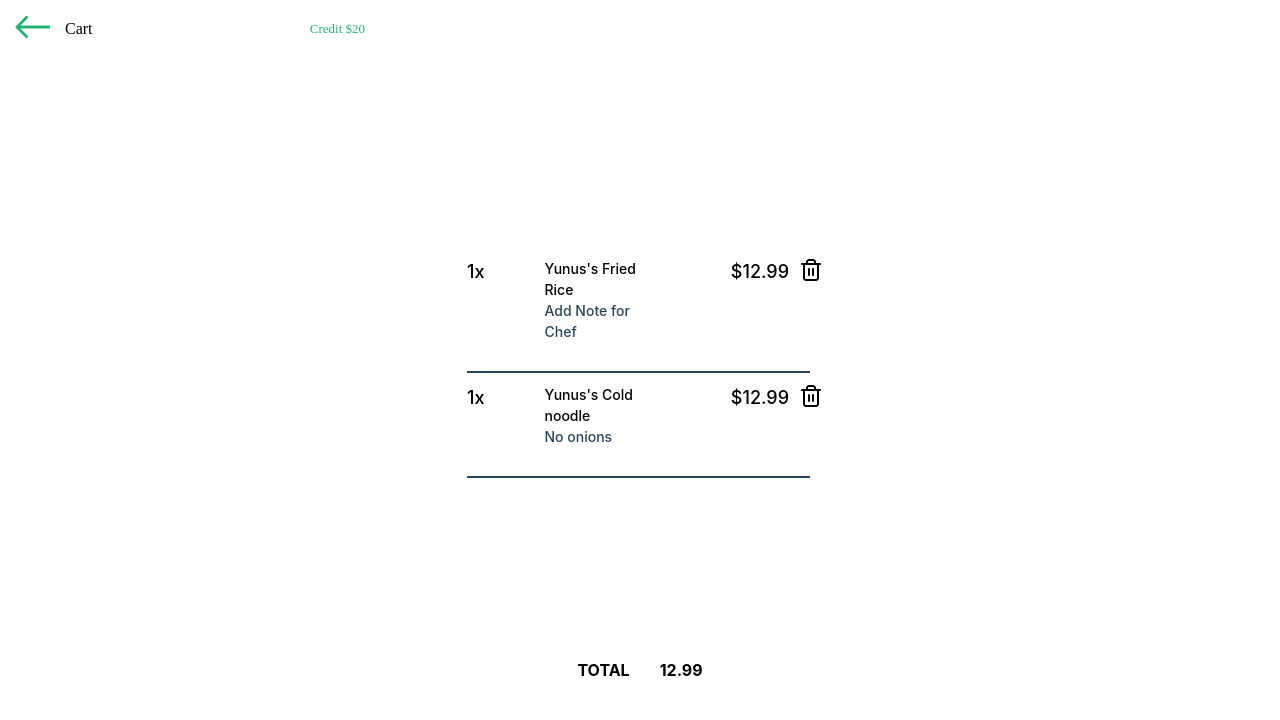
Repository: nguyenlejoe/HomeChef
Page: /DashBoardChef (app in app/)
These files come from the project's save history. The page is drawn as it stood at one moment and after the next save; the edit follows.
The browser window is 1280 px wide. The pictures show the whole page.
An inner scrolling area shows only its first screen. The project was rebuilt for these pictures with package versions that can differ from the ones it lists, and the page was loaded fresh each time.

Above is the page before, as saved 2020-11-06 16:01:18.

### app/src/App.js
import React from 'react';
//import logo from './logo.svg';
//import './App.css';
import Pages from './pages/Checkout';

function App() {
  return (
    <Pages />
  );
}

export default App;

### app/src/pages/Checkout.js
import React from 'react';
import './Checkout.scss';
import CheckoutItem from '../comps/CheckoutItem';
import Button from '../comps/MainButton';
import TopBar from '../comps/TopBar';

export default function CheckoutPage() {
  return<div className="app">
       <div className="cart">
           <TopBar text="Cart"></TopBar>
       </div>
       <div className="checkout">
           <div className="checkoutone">
           <CheckoutItem></CheckoutItem>
           </div>
           <CheckoutItem Itemnm="Yunus's Cold noodle" Note="No onions"></CheckoutItem>
       </div>
        <div className="total">
            <div className="TotalText">TOTAL</div>
            <div className="PriceText">12.99</div>
        </div>
        <div className="button">
            <Button text="Checkout"></Button>
        </div>
    </div>
}

### app/src/pages/Checkout.scss
.app{
    width: 100vw;
    height:100vh;
    overflow-x: hidden;

}

.cart{
    margin-bottom: 200px;
}

.checkout{
    margin-bottom: 200px;
    display: flex;
    flex-direction: column;
    justify-content: center;
    align-items: center;
}

.checkoutone{
    margin-bottom: 50px;
}

.total{
    display: flex;
    justify-content: center;
    margin-bottom: 70px;
    font-weight: bold;
}

.TotalText{

}

.PriceText{
  margin-left:30px;
}

.button{
    display: flex;
    justify-content: center;
    padding-bottom: 50px;
}

### app/src/comps/CheckoutItem/index.js
import React from 'react';
import styled, {css} from 'styled-components';

const Checkoutitemcont = styled.div`

max-width:346px;
max-height:76px;


`
const Carttxt = styled.div`
display:flex;
flex-direction:row;
`
const Quantity = styled.div`
Margin-right: 60px;font-size: 18px;
font-style: normal;
font-weight: 500;
line-height: 27px;
letter-spacing: 0em;
text-align: left;

`

const ItemName = styled.div`
Margin-right: 90px;
font-size: 14px;
font-style: normal;
font-weight: 500;
line-height: 21px;
letter-spacing: 0em;
text-align: left;

`

const ChefNote = styled.div`
color: #2B445E;
cursor:pointer;

`

const Price = styled.div`
font-size: 18px;
font-style: normal;
font-weight: 500;
line-height: 27px;
letter-spacing: 0em;
text-align: left;

`

const Delete = styled.div`

`

const Bottomhr = styled.div`
height: 0px;
width: 341px;
border-radius: nullpx;
border: 1px solid #2B445E;
margin-top:29px;

`

const Iconcont = styled.div `
position:relative;
left:10px;
`









const CheckoutItem = ({Quant, Itemnm, Note, Pricetag,}) => {

    return <Checkoutitemcont>
            <Carttxt>
            <Quantity>{Quant}</Quantity>
            <ItemName>{Itemnm}<ChefNote>   {Note}</ChefNote></ItemName>
            <Price>{Pricetag}</Price>
            <Delete></Delete>
            <Iconcont>
            <img src="/trash-2.svg"/>
            </Iconcont>
            </Carttxt>
            <Bottomhr>

            </Bottomhr>
    </Checkoutitemcont>

}

CheckoutItem.defaultProps = {

    Quant:"1x",
    Itemnm:"Yunus's Fried Rice",
    Note:"Add Note for Chef",
    Pricetag:"$12.99",

}

export default CheckoutItem;

### app/src/comps/MainButton/index.js
import React from 'react';
import styled, {css} from 'styled-components';
import icon2 from '../../assets/DollarSign.png';

const ButtonContainer = styled.button`
    width: ${props =>props.width ? props.width : '239px'};
    height: ${props =>props.height ? props.height : '60px'};
    background-color: ${props =>props.bgcolor ? props.bgcolor : '#24B574'};
    border-radius: ${props =>props.radius ? props.radius : '5px'};
    display: flex;
    justify-content: center;
    align-items: center;
    filter: drop-shadow(0px 4px 4px rgba(0, 0, 0, 0.25));
    border:none;
`;

const ButtonText = styled.p`
    text-align: center;
    font-size: ${props =>props.fontSize ? props.fontSize : '15px'};;
    color:${props =>props.textColor ? props.textColor : '#FFFFFF'};
`;

const Icon = styled.div`
    ${() => css`
        background-image: url(${props =>props.icon1 ? props.icon1 : icon2});
        background-color:white;
        padding:10px;
        background-repeat: no-repeat;
        background-position: center;
        position:absolute;
        left: 0px;
        `}
    `;

const Button = ({text,textColor,bgcolor, width, height, radius, fontSize}) => {
    return <ButtonContainer bgcolor = {bgcolor} height={height} width={width} radius={radius}>
                <ButtonText fontSize={fontSize} textColor = {textColor}>{text}</ButtonText>
            </ButtonContainer>
}

ButtonText.defaultprops = {
    color:null,
}

export default Button;

### app/src/comps/TopBar/index.js
import React from 'react';
import styled from 'styled-components';


const TopBarContainer = styled.div`
   font-family: Poppins;
   display:flex;
   position:relative;
   align-items:center;
   width:350px;
   padding:15px;
`;

const LeftArrowImg = styled.div`
    margin-right:15px;
`;

const TopLeftText = styled.div`
    display:flex;

`;

const CreditText = styled.div`
   color:#24B574;
   font-size:13px;
   position:absolute;
   right:15px;
`;


const TopBar = ({text}) => {

    return <TopBarContainer>
            <LeftArrowImg><img src='/leftarrow.png' /></LeftArrowImg>
            <TopLeftText>{text}</TopLeftText>
            <CreditText>Credit $20</CreditText>
        </TopBarContainer>
}

TopBar.defaultProps = {

}

export default TopBar;

Loaded but not shown: app/public/index.html (common file); app/src/index.js (common file); app/src/index.css (common file); app/src/serviceWorker.js (common file)

After the next save:
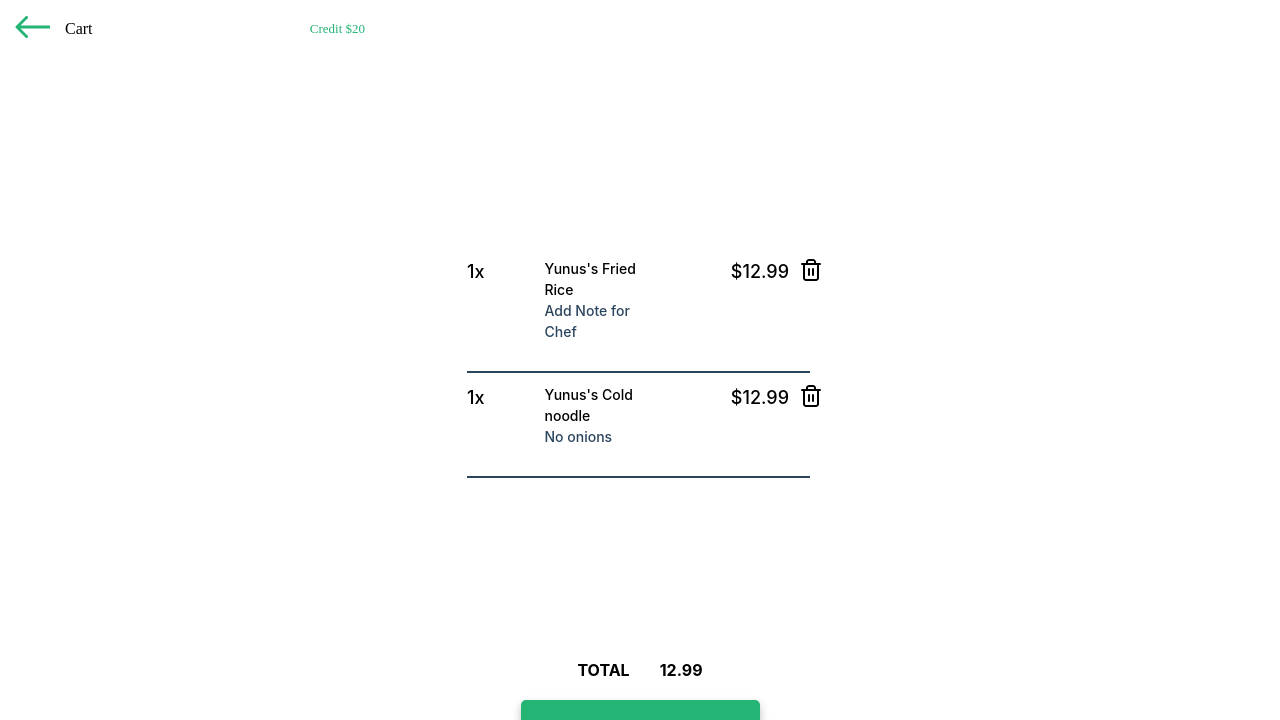
Saved 24 s later.
--- a/app/src/pages/Checkout.scss
+++ b/app/src/pages/Checkout.scss
@@ -24,7 +24,7 @@
 .total{
     display: flex;
     justify-content: center;
-    margin-bottom: 70px;
+    margin-bottom: 20px;
     font-weight: bold;
 }
 

After the save that followed:
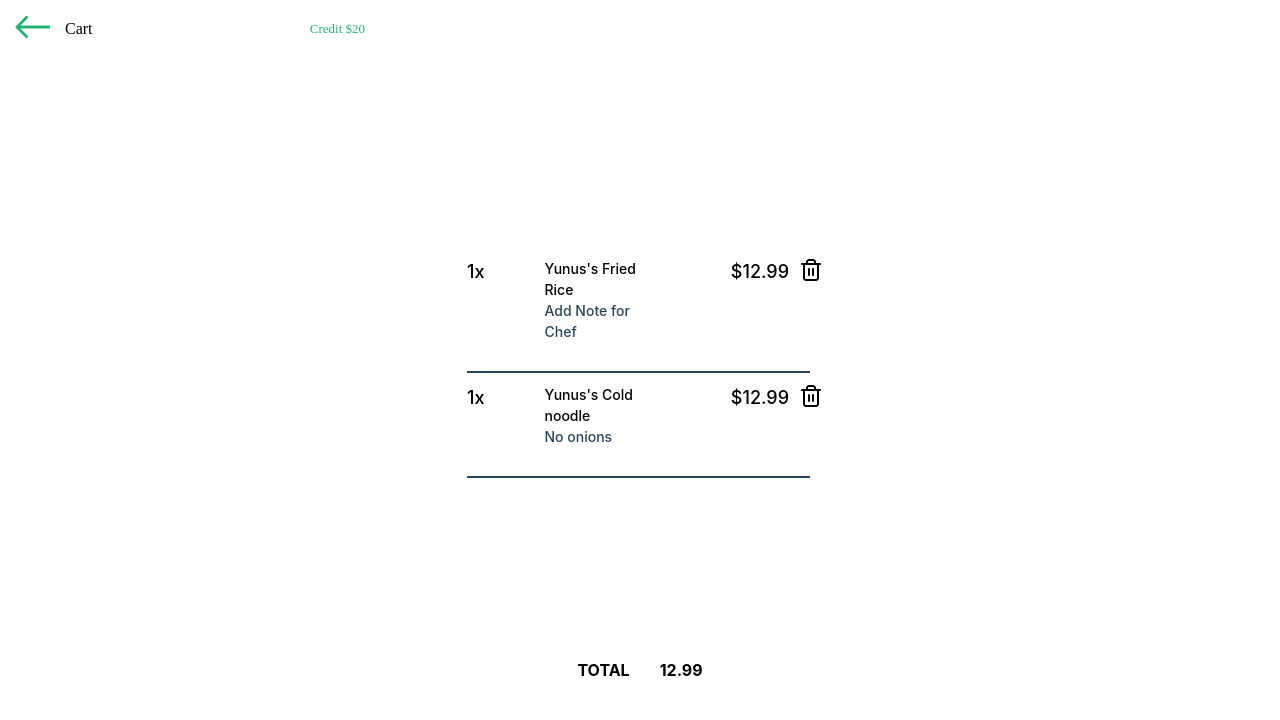
Saved 16 s later.
--- a/app/src/pages/Checkout.scss
+++ b/app/src/pages/Checkout.scss
@@ -24,7 +24,7 @@
 .total{
     display: flex;
     justify-content: center;
-    margin-bottom: 20px;
+    margin-bottom: 50px;
     font-weight: bold;
 }
 
